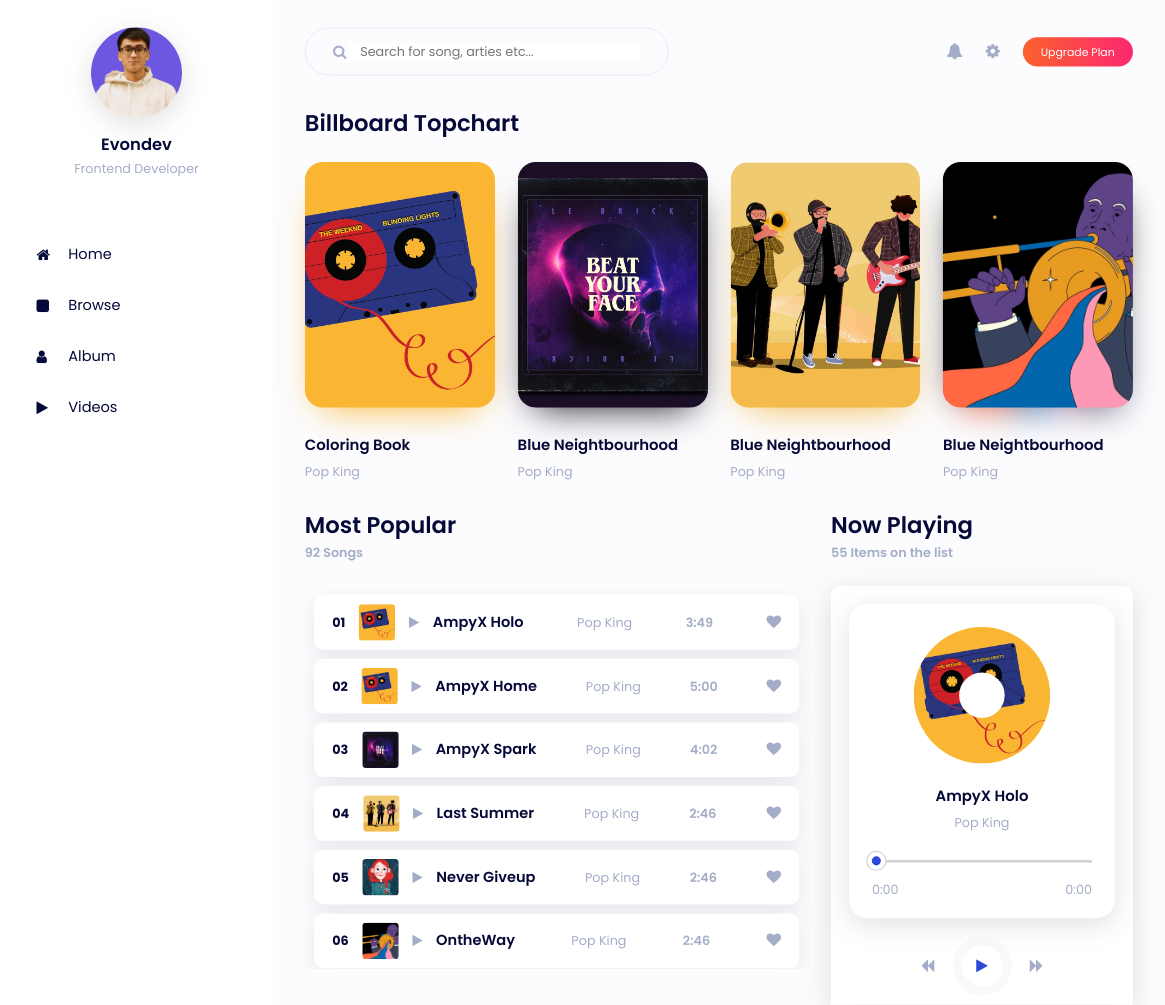
Repository: Datt21/music-webapp
Page: index.html
The author's editor kept a copy of each file at every save. The page is drawn from the files as they stood at one save, then again after the next save.
The browser window is 1280 px wide. The pictures show the whole page, at 91% of full size.
The style sheet was rebuilt from its Sass, Less or Tailwind sources for each picture, by a compiler version that may differ from the author's.

Above is the page before, as saved 2021-09-11 17:15:13.

### index.html
<!DOCTYPE html>
<html lang="en">
  <head>
    <meta charset="UTF-8" />
   <meta http-equiv="X-UA-Compatible" content="IE=edge" />
    <meta name="viewport" content="width=device-width, initial-scale=1.0" />
    <title>Music player</title>
    <link rel="preconnect" href="https://fonts.gstatic.com" />
    <link
      href="https://fonts.googleapis.com/css2?family=Poppins:wght@300;400;600;700&display=swap"
      rel="stylesheet"
    />
    <link
      rel="stylesheet"
      href="https://stackpath.bootstrapcdn.com/font-awesome/4.7.0/css/font-awesome.min.css"
    />
    <link rel="stylesheet" href="./app.css" />
  </head>
  <body>
    <div class="wrapper">
      <div class="sidebar">
        <div class="profile">
          <img
            src="./images/img-me.jpg"
            alt=""
            class="profile-avatar"
          />
          <h3 class="profile-name">Evondev</h3>
          <span class="profile-position">Frontend Developer</span>
        </div>
        <ul class="menu">
          <li class="menu-item">
            <a href="#" class="menu-link"
              ><i class="fa fa-home menu-icon"></i><span>Home</span></a
            >
          </li>
          <li class="menu-item">
            <a href="#" class="menu-link"
              ><i class="fa fa-square menu-icon"></i><span>Browse</span></a
            >
          </li>
          <li class="menu-item">
            <a href="#" class="menu-link"
              ><i class="fa fa-user menu-icon"></i><span>Album</span></a
            >
          </li>
          <li class="menu-item">
            <a href="#" class="menu-link"
              ><i class="fa fa-play menu-icon"></i><span>Videos</span></a
            >
          </li>
        </ul>
      </div>
      <div class="main">
        <div class="header">
          <div class="search">
            <i class="search-icon fa fa-search"></i>
            <input
              type="text"
              inputmode="search"
              placeholder="Search for song, arties etc..."
              class="search-input"
            />
          </div>
          <div class="tool">
            <i class="fa fa-bell tool-icon"></i>
            <i class="tool-icon fa fa-cog"></i>
            <a href="#" class="upgrade">Upgrade plan</a>
          </div>
        </div>
        <div class="block-box">
          <h2 class="heading">Billboard Topchart</h2>
        </div>
        <div class="billboard-list">
          <div class="billboard-item">
            <div class="billboard-media">
              <img
                src="./images/diadon.jpg"
                alt="billboard image"
                class="billboard-image"
              />
              <img
                src="./images/diadon.jpg"
                alt="billboard image"
                class="billboard-image-shadow"
              />
            </div>
            <h3 class="billboard-title title">Coloring Book</h3>
            <a href="#" class="billboard-author author">Pop King</a>
          </div>
          <div class="billboard-item">
            <div class="billboard-media">
              <img
                src="./images/Beat.jpg"
                alt="billboard image"
                class="billboard-image"
              />
              <img
                src="./images/Beat.jpg"
                alt="billboard image"
                class="billboard-image-shadow"
              />
            </div>
            <h3 class="billboard-title title">Blue neightbourhood</h3>
            <a href="#" class="billboard-author author">Pop King</a>
          </div>
          <div class="billboard-item">
            <div class="billboard-media">
              <img
                src="./images/musicband.jpg"
                alt="billboard image"
                class="billboard-image"
              />
              <img
                src="./images/musicband.jpg"
                alt="billboard image"
                class="billboard-image-shadow"
              />
            </div>
            <h3 class="billboard-title title">Blue neightbourhood</h3>
            <a href="#" class="billboard-author author">Pop King</a>
          </div>
          <div class="billboard-item">
            <div class="billboard-media">
              <img
                src="./images/single.jpg"
                alt="billboard image"
                class="billboard-image"
              />
              <img
                src="./images/single.jpg"
                alt="billboard image"
                class="billboard-image-shadow"
              />
            </div>
            <h3 class="billboard-title title">Blue neightbourhood</h3>
            <a href="#" class="billboard-author author">Pop King</a>
          </div>
        </div>
        <div class="content">
          <div class="content-item">
            <div class="block-box">
              <h2 class="heading">Most popular</h2>
              <span class="count">92 Songs</span>
            </div>
            <div class="song-list">

            <div class="song" data-index="0">
              <span class="song-index">01</span>
              <img
                src="./images/diadon.jpg"
                alt=""
                class="song-image"
              />
              <i class="fa fa-play song-play"></i>
              <h4 class="song-title">AmpyX Holo</h4>
              <h5 class="song-album">Pop King</h5>
              <time class="song-time">3:49</time>
              <label for="love" class="song-love">
                <input type="checkbox" name="love" id="love" />
                <i class="fa fa-heart song-heart"></i>
              </label>
            </div>
            <div class="song" data-index="1">
              <span class="song-index">02</span>
              <img
                src="./images/diadon.jpg"
                alt=""
                class="song-image"
              />
              <i class="fa fa-play song-play"></i>
              <h4 class="song-title">AmpyX Home</h4>
              <h5 class="song-album">Pop King</h5>
              <time class="song-time">5:00</time>
              <label for="love1" class="song-love">
                <input type="checkbox" name="love" id="love1" />
                <i class="fa fa-heart song-heart"></i>
              </label>
            </div>
            <div class="song" data-index="2">
              <span class="song-index">03</span>
              <img
                src="./images/Beat.jpg"
                alt=""
                class="song-image"
              />
              <i class="fa fa-play song-play"></i>
              <h4 class="song-title">AmpyX Spark</h4>
              <h5 class="song-album">Pop King</h5>
              <time class="song-time">4:02</time>
              <label for="love2" class="song-love">
                <input type="checkbox" name="love" id="love2" />
                <i class="fa fa-heart song-heart"></i>
              </label>
            </div>
            <div class="song" data-index="3">
              <span class="song-index">04</span>
              <img
                src="./images/musicband.jpg"
                alt=""
                class="song-image"
              />
              <i class="fa fa-play song-play"></i>
              <h4 class="song-title">Last Summer</h4>
              <h5 class="song-album">Pop King</h5>
              <time class="song-time">2:46</time>
              <label for="love3" class="song-love">
                <input type="checkbox" name="love" id="love3" />
                <i class="fa fa-heart song-heart"></i>
              </label>
            </div>
            <div class="song" data-index="4">
              <span class="song-index">05</span>
              <img
                src="./images/Anne.jpg"
                alt=""
                class="song-image"
              />
              <i class="fa fa-play song-play"></i>
              <h4 class="song-title">Never Giveup</h4>
              <h5 class="song-album">Pop King</h5>
              <time class="song-time">2:46</time>
              <label for="love3" class="song-love">
                <input type="checkbox" name="love" id="love3" />
                <i class="fa fa-heart song-heart"></i>
              </label>
            </div>
            <div class="song" data-index="5">
              <span class="song-index">06</span>
              <img
                src="./images/single.jpg"
                alt=""
                class="song-image"
              />
              <i class="fa fa-play song-play"></i>
              <h4 class="song-title">OntheWay </h4>
              <h5 class="song-album">Pop King</h5>
              <time class="song-time">2:46</time>
              <label for="love3" class="song-love">
                <input type="checkbox" name="love" id="love3" />
                <i class="fa fa-heart song-heart"></i>
              </label>
            </div>
          </div>

          </div>
          <div class="content-item">
            <div class="block-box">
              <h2 class="heading">Now playing</h2>
              <span class="count">55 Items on the list</span>
            </div>
            <div class="player">
              <div class="player-box">
                <div class="player-media">
                  <img
                    src="./images/diadon.jpg"
                    alt=""
                    class="player-image"
                  />
                  </div>
                  <h3 class="player-title title">AmpyX Holo</h3>
                  <span class="player-author author">Pop King</span>
                  <div class="progress">
                    <input
                        type="range"
                        id="progress-bar"
                        min="0"
                        max=""
                        value="0"
                        class="bar"
                    />
                    <audio src="./files/holo.mp3" id="song"></audio>
                  </div>
                  <div class="player-number">
                    <span class="player-duration">0:00</span>
                    <span class="player-remaining">0:00</span>
                  </div>
                </div>
                <div class="player-tool">
                  <i class="fa fa-backward player-prev"></i>
                  <i class="fa fa-play player-play"></i>
                  <i class="fa fa-forward player-next"></i>
                </div>
              </div>
            </div>
          </div>
        </div>
      </div>
    </div>
    <script src="./app.js"></script>
  </body>
</html>

### app.scss
$gray: #050938;
$gray-light: #a4adc8;
$primary: #2b48d9;
$orange: #fb612c;
$red: #fc2872;
html {
    box-sizing: border-box;
}
* {
    margin: 0;
    padding: 0;
}
*,
*:before,
*:after {
    box-sizing: border-box;
}
input,
textarea,
select,
button {
    outline: none;
    font-family: "Poppins", sans-serif;
    font-size: 14px;
    line-height: normal;
}
input {
    line-height: normal;
}
label,
button {
    cursor: pointer;
}
a {
    text-decoration: none;
}
img {
    display: block;
    max-width: 100%;
}
ul {
    list-style: none;
}
body {
    font-family: "Poppins", sans-serif;
    font-size: 14px;
    line-height: 1;
    background-color: white;
    color: $gray-light;
    -webkit-font-smoothing: antialiased;
    -moz-osx-font-smoothing: grayscale;
    max-width: 1920px;
    margin: 0 auto;
}
.wrapper {
    display: grid;
    grid-template-columns: 300px 1fr;
    grid-gap: 0;
    background-color: #fcfcfe;
    min-height: 100vh;
}
.sidebar {
    padding: 30px;
    background-color: white;
}
.profile {
    text-align: center;
    margin-bottom: 70px;
    &-avatar {
        width: 100px;
        height: 100px;
        border-radius: 100rem;
        object-fit: cover;
        margin: 0 auto 20px;
        box-shadow: rgba(100, 100, 111, 0.2) 0px 7px 29px 0px;
    }
    &-name {
        font-weight: 600;
        font-size: 18px;
        color: $gray;
        margin-bottom: 10px;
    }
}
.menu {
    &-item {
        margin-bottom: 20px;
    }
    &-link {
        display: flex;
        align-items: center;
        padding: 10px;
        color: $gray;
        font-size: 16px;
    }
    &-link:hover {
        color: $primary;
    }
    &-icon {
        width: 20px;
        margin-right: 15px;
    }
}
.main {
    padding: 30px 35px 0;
}
.header {
    display: flex;
    justify-content: space-between;
    align-items: center;
    margin-bottom: 40px;
}
.search {
    padding: 15px 30px;
    border: 1px solid #e9ebf2;
    border-radius: 100px;
    display: flex;
    align-items: center;
    width: 100%;
    max-width: 400px;
}
.search-icon {
    flex: 1;
    font-size: 16px;
}
.search-input {
    border: 0;
    outline: none;
    width: 100%;
    padding: 0 15px;
}
.tool {
    font-size: 18px;
    display: flex;
    align-items: center;
}
.tool-icon {
    margin-right: 25px;
}
.upgrade {
    display: inline-block;
    padding: 10px 20px;
    color: white;
    text-align: center;
    background-image: linear-gradient(to right, $orange, $red);
    border-radius: 50px;
    font-size: 12px;
    text-transform: capitalize;
}
.block-box {
    margin-bottom: 30px;
}
.heading {
    font-size: 25px;
    color: $gray;
    margin-bottom: 10px;
    font-weight: 600;
    text-transform: capitalize;
}
.count {
    font-weight: 600;
}
.billboard-list {
    display: grid;
    grid-template-columns: repeat(4, 1fr);
    grid-gap: 25px;
    margin-bottom: 40px;
}
.billboard-media {
    position: relative;
}
.billboard-image {
    width: 100%;
    height: 270px;
    border-radius: 20px;
    object-fit: cover;
    // box-shadow: rgba(100, 100, 111, 0.2) 0px 7px 29px 0px;
    margin-bottom: 30px;
    position: relative;
    z-index: 2;
}
.billboard-image-shadow {
    position: absolute;
    top: 20px;
    left: 0;
    filter: blur(24px);
    width: 100%;
    height: 100%;
    border-radius: 20px;
    transform: scale(0.85);
}
.title {
    margin-bottom: 10px;
    color: $gray;
    font-weight: 600;
    text-transform: capitalize;
    display: -webkit-box;
    -webkit-line-clamp: 1;
    -webkit-box-orient: vertical;
    overflow: hidden;
    text-overflow: ellipsis;
    word-break: break-word;
    line-height: 1.4;
}
.author {
    text-transform: capitalize;
    color: $gray-light;
}
.content {
    display: grid;
    grid-template-columns: 2fr 1.2fr;
    grid-gap: 25px;
}
.song {
    padding: 10px 20px;
    background-color: white;
    border-radius: 10px;
    box-shadow: rgba(149, 157, 165, 0.2) 0px 8px 24px;
    display: flex;
    align-items: center;
    margin-bottom: 10px;
    cursor: pointer;
}
.song *:not(.song-love) {
    pointer-events: none;
}
.song-list {
    padding: 10px;
    max-height: 420px;
    overflow-y: auto;
    -ms-overflow-style: none;
    scrollbar-width: none;
    &::-webkit-scrollbar {
        display: none;
    }
}
.song-index {
    font-weight: bold;
    color: $gray;
    margin-right: 15px;
}
.song-image {
    width: 40px;
    height: 40px;
    border-radius: 4px;
    object-fit: cover;
    flex-shrink: 0;
}
.song-play {
    margin: 0 15px;
}
.song-title {
    font-weight: 600;
    font-size: 16px;
    color: $gray;
}
.song-album {
    font-weight: 400;
    font-size: 14px;
    margin-left: auto;
}
.song-time {
    margin: 0 auto;
    font-weight: 400;
    font-weight: 600;
}
.song-love {
    cursor: pointer;
    font-size: 16px;
    input {
        display: none;
    }
    input:checked + .song-heart {
        color: $red;
    }
}
.player {
    background-color: white;
    padding: 20px;
    border-radius: 12px 12px 0 0;
    box-shadow: rgba(100, 100, 111, 0.2) 0px 7px 29px 0px;
}
.player-box {
    box-shadow: rgba(100, 100, 111, 0.2) 0px 7px 29px 0px;
    padding: 25px;
    display: flex;
    align-items: center;
    justify-content: center;
    flex-direction: column;
    text-align: center;
    border-radius: 20px;
    max-width: 300px;
    margin: 0 auto 30px;
}
.player-media {
    position: relative;
    width: 150px;
    height: 150px;
    border-radius: 100rem;
    margin-bottom: 25px;
    &:before {
        content: "";
        width: 50px;
        height: 50px;
        background-color: white;
        border-radius: 100px;
        position: absolute;
        top: 50%;
        left: 50%;
        transform: translate(-50%, -50%);
        z-index: 10;
    }
}
.player-image {
    width: 100%;
    height: 100%;
    object-fit: cover;
    border-radius: inherit;
}
.player-image.is-playing {
    animation: rotate 10s forwards infinite linear;
}
@keyframes rotate {
    to {
        transform: rotate(360deg);
    }
}
.player-title.title {
    width: 100%;
    align-self: stretch;
}
.progress {
    margin-bottom: 20px;
    margin-top: 25px;
}
.player-number {
    display: flex;
    justify-content: space-between;
    align-items: center;
    width: 100%;
}
.player-tool {
    display: flex;
    justify-content: center;
    align-items: center;
}
.player-play {
    color: $primary;
    width: 45px;
    height: 45px;
    border-radius: 100rem;
    display: flex;
    justify-content: center;
    align-items: center;
    cursor: pointer;
    background-color: white;
    box-shadow: 0 0 0 10px rgba(#f2f3f4, 0.5);
    font-size: 16px;
    margin: 0 30px;
}
.player-next,
.player-prev {
    cursor: pointer;
    font-size: 16px;
}
.progress {
    width: 100%;
    position: relative;
}
.bar {
    -webkit-appearance: none;
    width: 100%;
    height: 3px;
    background: #d3d3d3;
    outline: none;
    -webkit-transition: 0.2s;
    transition: opacity 0.2s;
}
.bar::-webkit-slider-thumb {
    -webkit-appearance: none;
    appearance: none;
    width: 10px;
    height: 10px;
    border-radius: 100rem;
    background-color: $primary;
    box-shadow: 0 0 0 5px white, 0 0 0 6px #ccc;
}

.bar::-moz-range-thumb {
    cursor: pointer;
    width: 10px;
    height: 10px;
    border-radius: 100rem;
    background-color: $primary;
    box-shadow: 0 0 0 5px white, 0 0 0 6px #ccc;
}
@media screen and (max-width: 1279px) {
    .sidebar {
        display: none;
    }
    .wrapper {
        display: block;
    }
    .content {
        grid-template-columns: 100%;
        grid-row-gap: 50px;
    }
    .header {
        display: grid;
        grid-template-columns: 100%;
        grid-gap: 30px 0;
    }
}
@media screen and (max-width: 1023px) {
    .billboard-list {
        display: grid;
        justify-content: flex-start;
        grid-auto-columns: 60%;
        grid-auto-flow: column;
        grid-gap: 1.5rem;
        overflow: auto;
        overflow-y: hidden;
        scroll-snap-type: x mandatory;
        scroll-snap-stop: always;
        -ms-touch-action: manipulation;
        touch-action: manipulation;
        -webkit-overflow-scrolling: touch;
        scroll-padding: 1rem;
        padding: 20px;
        grid-template-columns: unset;
        &::-webkit-scrollbar {
            display: none;
            width: 0;
        }
        & > * {
            scroll-snap-align: start;
        }
    }
    .song-list {
        max-height: unset;
        overflow: unset;
        padding: 0;
    }
    .main {
        padding: 20px 20px 0;
    }
    .song-title,
    .song-album {
        display: -webkit-box;
        -webkit-line-clamp: 1;
        -webkit-box-orient: vertical;
        overflow: hidden;
        text-overflow: ellipsis;
        word-break: break-word;
        max-width: 100px;
    }
    .song-album {
        max-width: 50px;
    }
    .heading {
        font-size: 20px;
    }
    .title {
        font-size: 14px;
    }
    .author {
        font-size: 12px;
    }
}

Loaded but not shown: app.js (121 lines, source omitted)

After the next save:
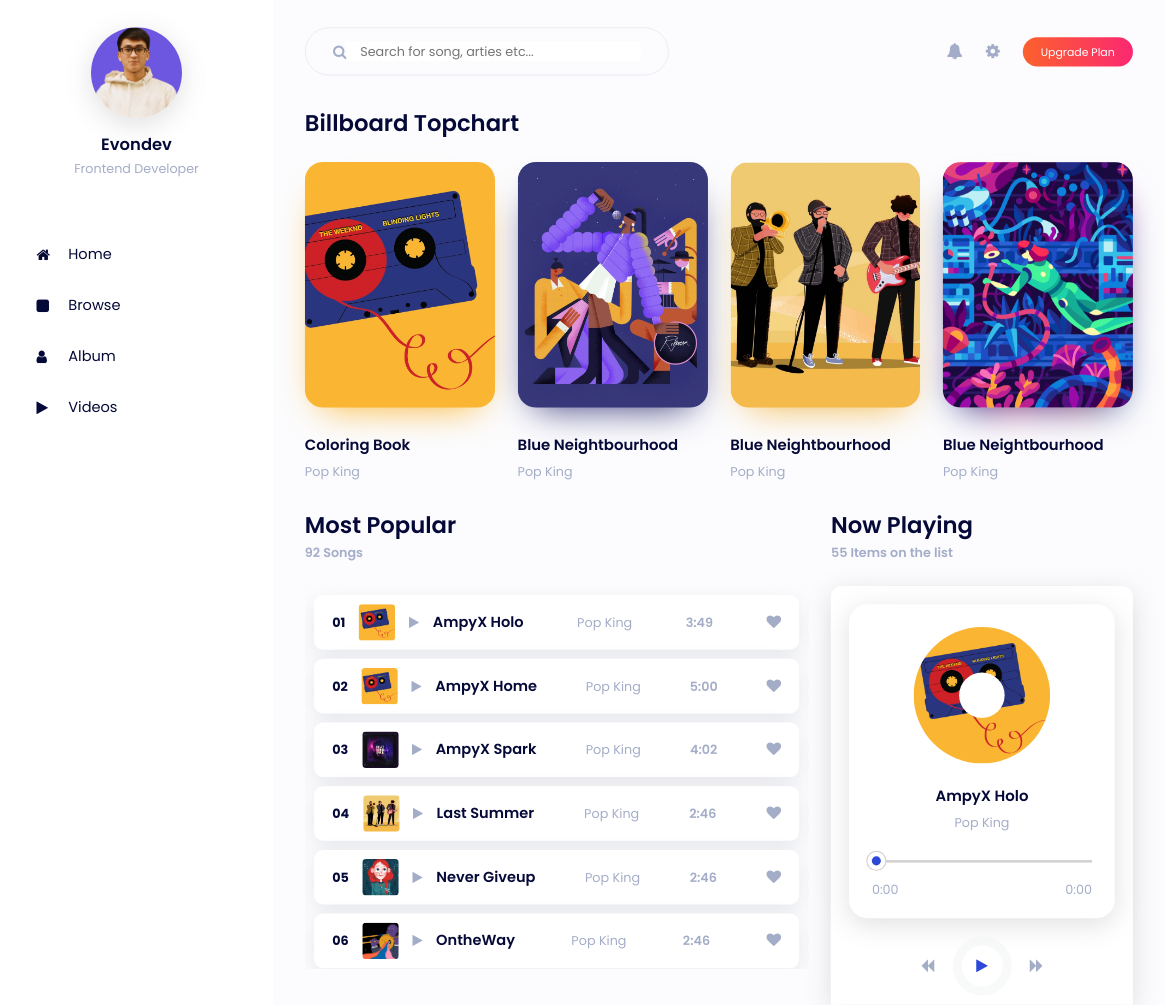
Saved 4 min 39 s later.
--- a/index.html
+++ b/index.html
@@ -91,12 +91,12 @@
           <div class="billboard-item">
             <div class="billboard-media">
               <img
-                src="./images/Beat.jpg"
-                alt="billboard image"
-                class="billboard-image"
-              />
-              <img
-                src="./images/Beat.jpg"
+                src="./images/musicsingle.jpg"
+                alt="billboard image"
+                class="billboard-image"
+              />
+              <img
+                src="./images/musicsingle.jpg"
                 alt="billboard image"
                 class="billboard-image-shadow"
               />
@@ -123,12 +123,12 @@
           <div class="billboard-item">
             <div class="billboard-media">
               <img
-                src="./images/single.jpg"
-                alt="billboard image"
-                class="billboard-image"
-              />
-              <img
-                src="./images/single.jpg"
+                src="./images/topic.png"
+                alt="billboard image"
+                class="billboard-image"
+              />
+              <img
+                src="./images/topic.png"
                 alt="billboard image"
                 class="billboard-image-shadow"
               />
